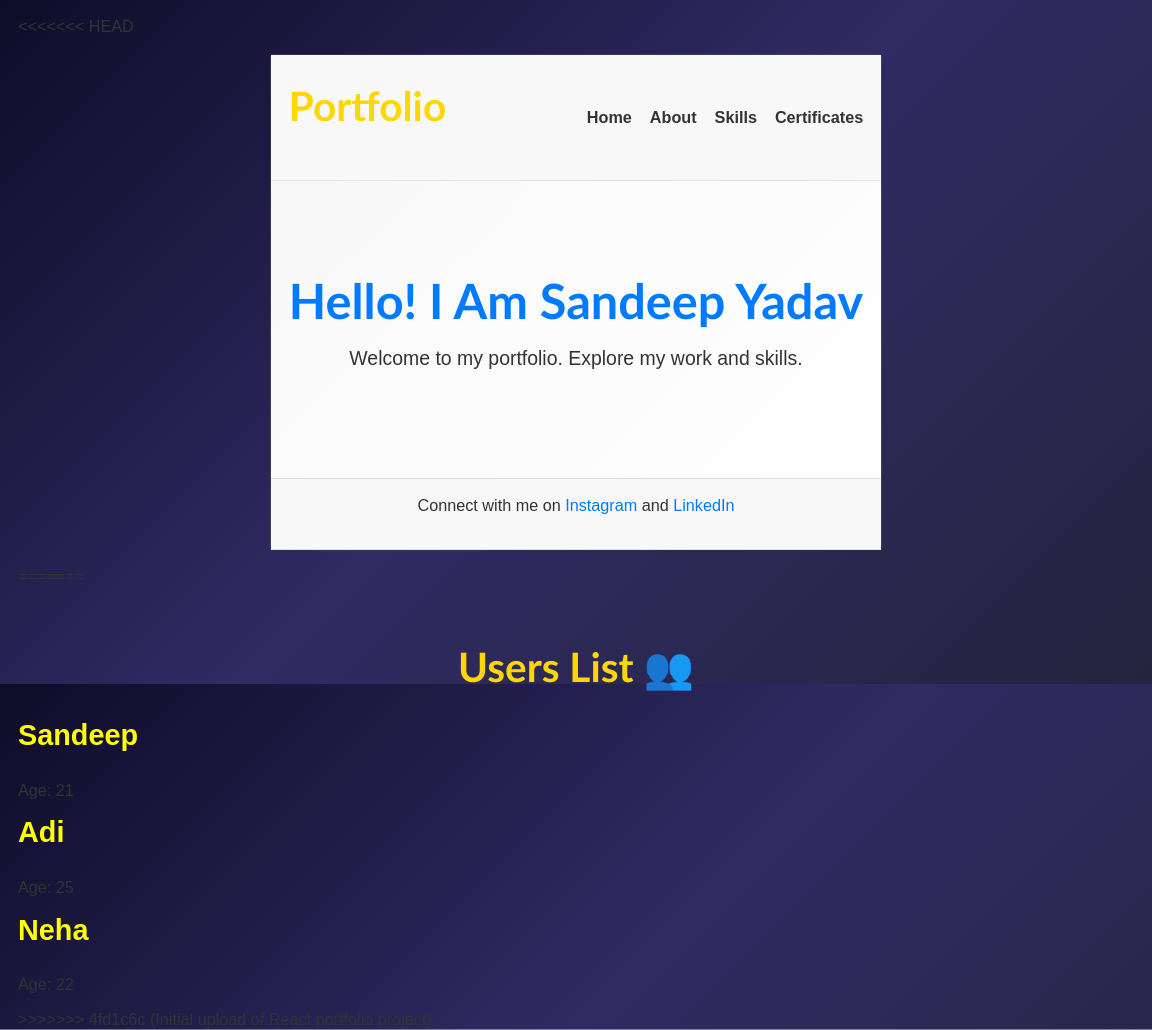
Repository: SandeepYadav18717/Sandeep_portfolio
Page: /
These files come from the project's save history. The page is drawn as it stood at one moment and after the next save; the edit follows.
The browser window is 1280 px wide. The pictures show the whole page, at 90% of full size.
The project was rebuilt for these pictures with package versions that can differ from the ones it lists, and the page was loaded fresh each time. Also part of the build but not shown: vite.config.js, src/index.css, src/App.css, src/Navbar/Navbar.jsx, src/Pages/Home.css, src/Pages/Index.jsx, src/Cards/Cards.jsx, src/Pages/Skills.jsx and 3 more.

Above is the page before, as saved 2025-09-01 08:07:10.

After the next save:
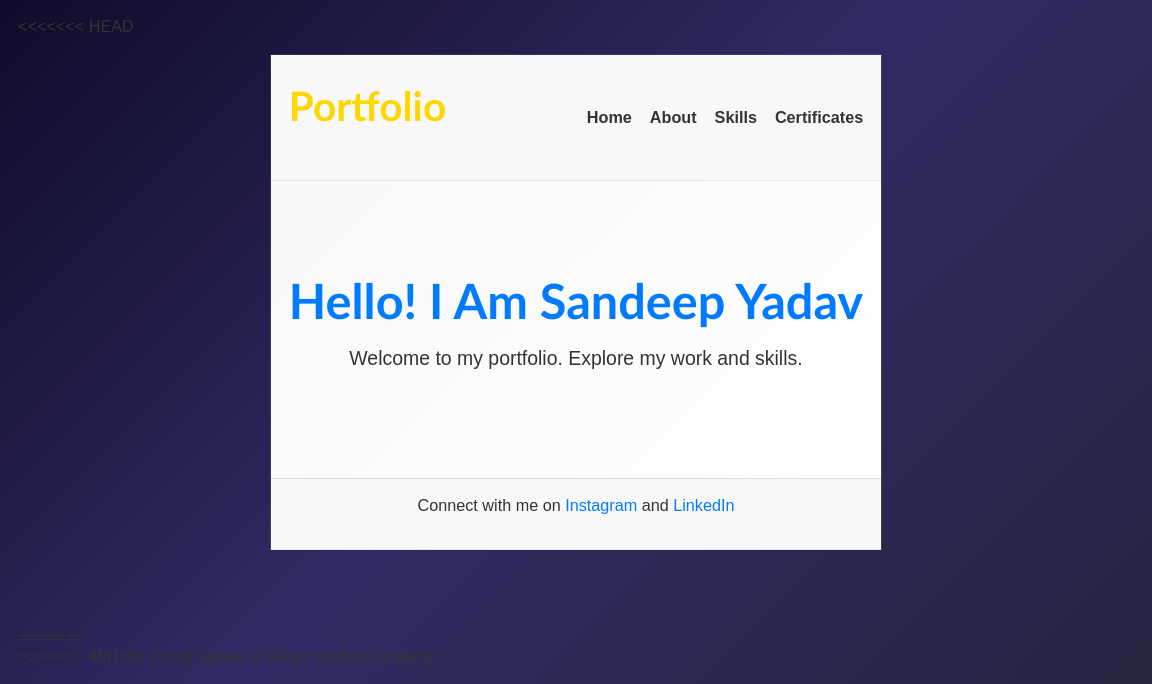
Console error: ReferenceError: user is not defined
Saved 12 s later.
--- a/src/Practice/Checkbox.jsx
+++ b/src/Practice/Checkbox.jsx
@@ -40,7 +40,7 @@
     <>
     <div>
       <h1>Users List 👥</h1>
-      {users.map((user) => (
+      {users.map((xyz) => (
         <div key={user.id}>
           <h3>{user.name}</h3>
           <p>Age: {user.age}</p>

After the 3 saves that followed:
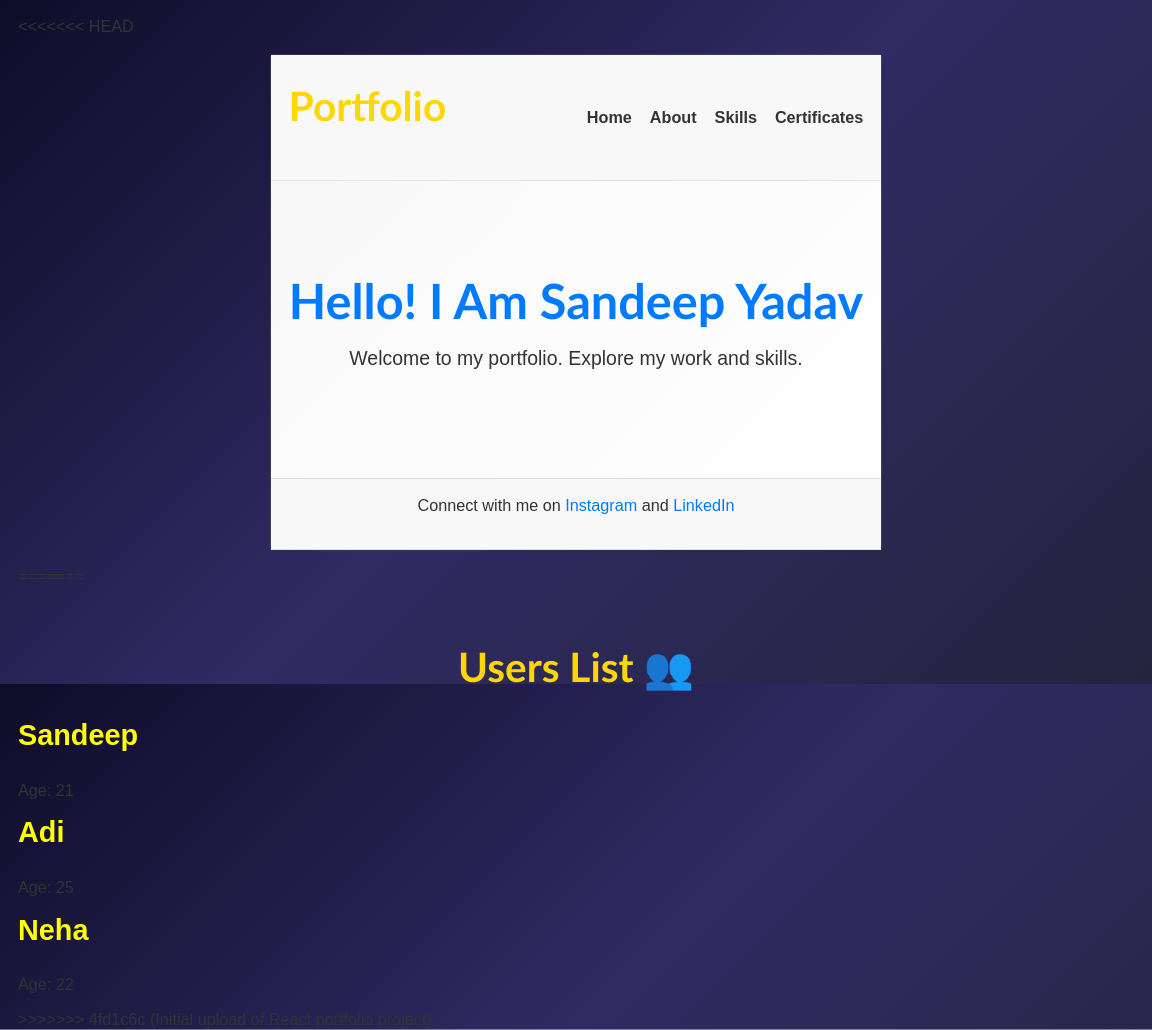
The error is gone.
The 3 saves are shown as one change because 2 left the picture as it was.
The last was saved 38 s later.
--- a/src/Practice/Checkbox.jsx
+++ b/src/Practice/Checkbox.jsx
@@ -41,9 +41,9 @@
     <div>
       <h1>Users List 👥</h1>
       {users.map((xyz) => (
-        <div key={user.id}>
-          <h3>{user.name}</h3>
-          <p>Age: {user.age}</p>
+        <div key={xyz.id}>
+          <h3>{xyz.name}</h3>
+          <p>Age: {xyz.age}</p>
         </div>
       ))}
     </div>
